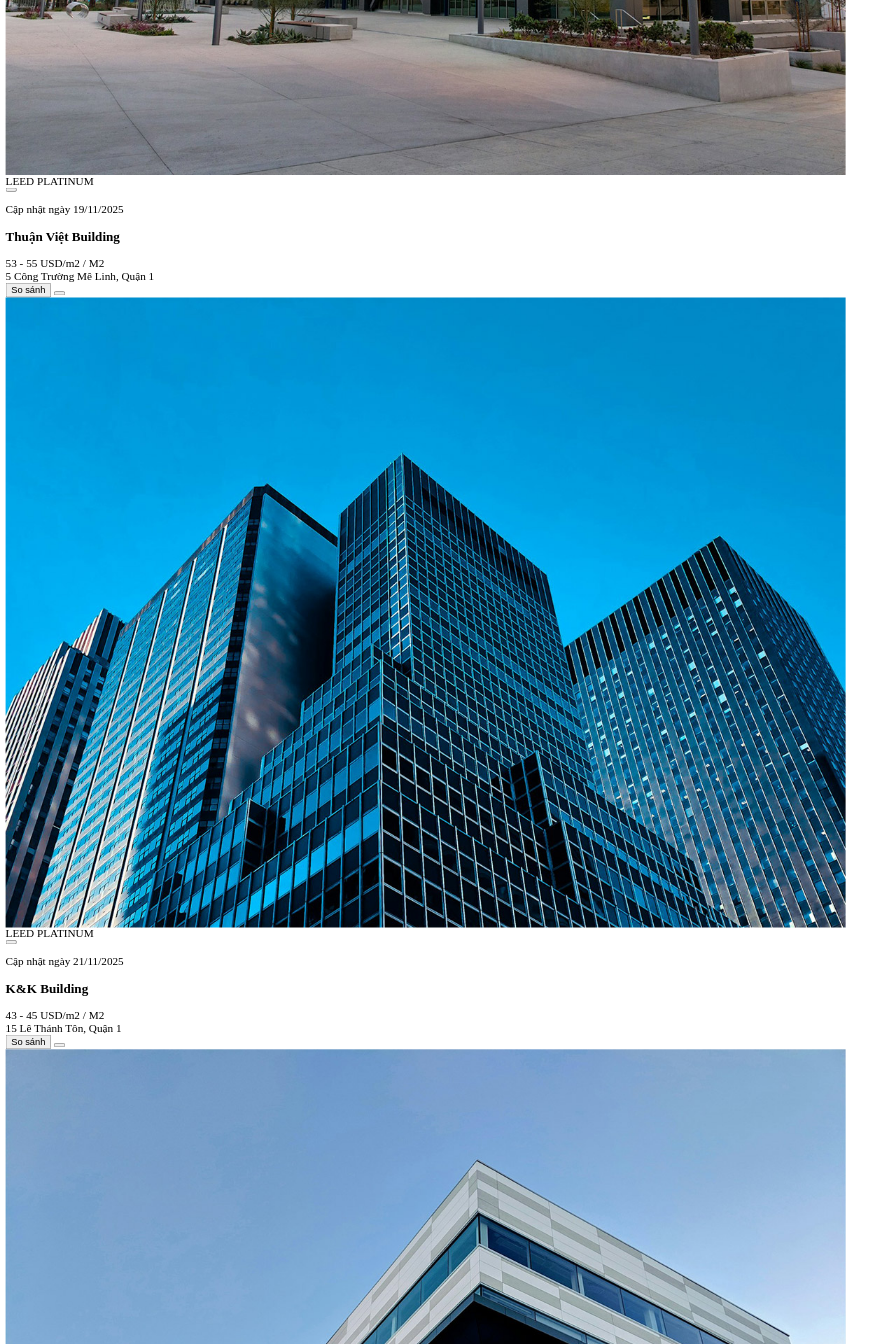
Repository: lannguyen1301/anphuholdings-main
Page: partials/office-rental/office-rental-ward-thu-duc.html
The author's editor kept a copy of each file at every save. The page is drawn from the files as they stood at one save, then again after the next save.
The browser window is 1280 px wide. The pictures show the part of the page from y = 1800 to 3720 px (the page is 8679 px tall before and 9579 px after), at 70% of full size.

Above is the page before, as saved 2025-12-31 15:58:51.

After the next save:
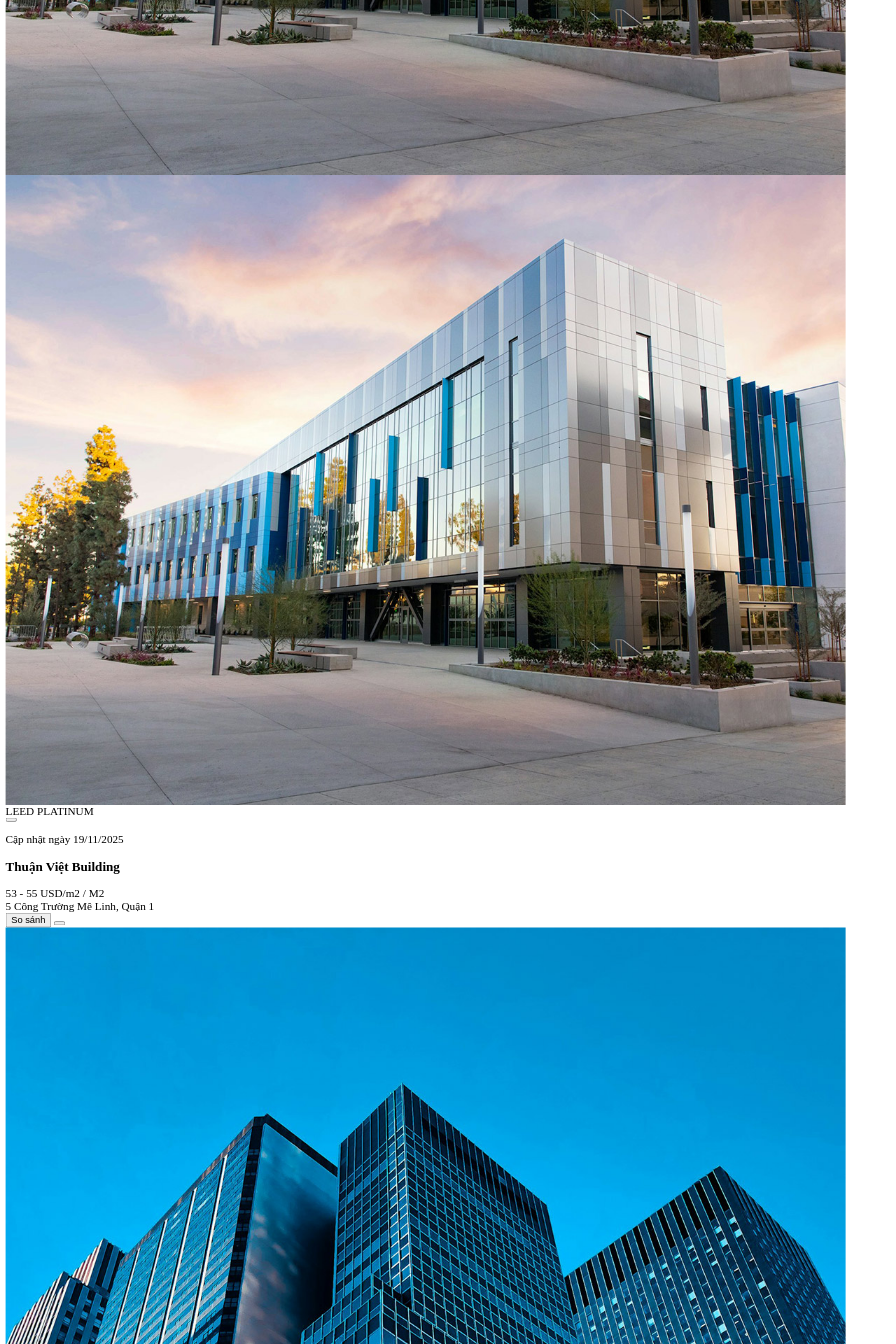
Saved 23 s later.
--- a/partials/office-rental/office-rental-ward-thu-duc.html
+++ b/partials/office-rental/office-rental-ward-thu-duc.html
@@ -80,6 +80,12 @@
             <div class="swiper-slide flex-shrink-0 overflow-hidden rounded-2xl shadow-md transition hover:shadow-xl border-4"
                 style="width: 292px;" data-aos="fade-right">
                 <div class="relative overflow-hidden">
+                    <a href="van-phong-tron-goi-detail.html">
+                        <div class="flex h-48 items-center justify-center bg-slate-200">
+                            <img src="assets/images/detail/detail-34.jpg" alt=""
+                                class="block w-full h-full object-cover aspect-4/3">
+                        </div>
+                    </a>
                     <div class="flex h-48 items-center justify-center bg-slate-200">
                         <img src="assets/images/detail/detail-34.jpg" alt=""
                             class="block w-full h-full object-cover aspect-4/3">
